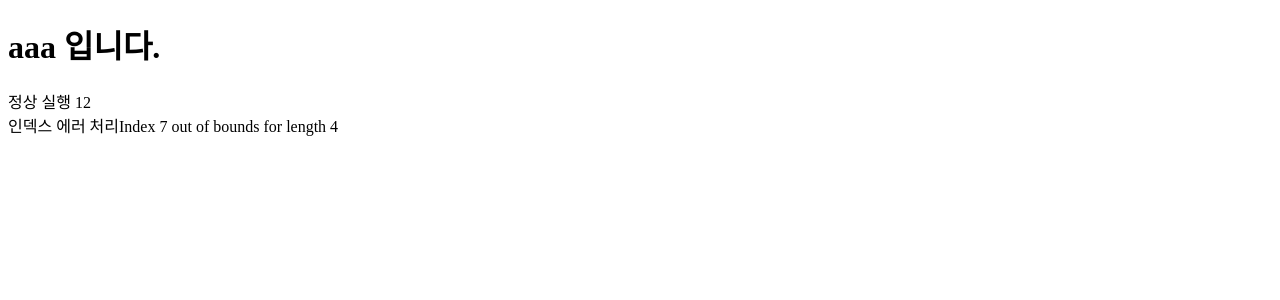
Repository: Jhoon0211/java_work
Page: http://localhost/jspProj/err/aaa.jsp
An editor plug-in stored every save of this project. The page is shown before and after the next save, followed by the edit.
The browser window is 1280 px wide. The pictures show the whole page.
The page is served by Tomcat 9. Nobody is signed in. The application's start-up code is not run.

Above is the page before, as saved 2023-07-26 01:14:27.

After the next save:
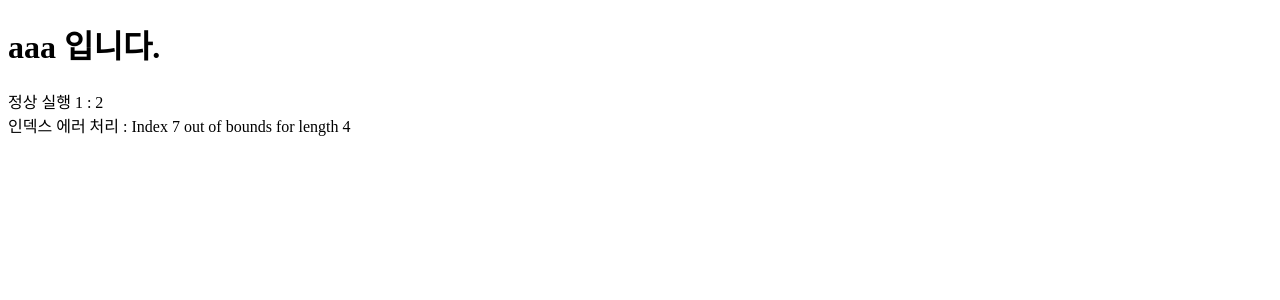
Saved 17 s later.
--- a/jspProj/src/main/webapp/err/aaa.jsp
+++ b/jspProj/src/main/webapp/err/aaa.jsp
@@ -12,16 +12,16 @@
 try{
 	int a = 10/5;
 
-	out.println("정상 실행 1" + a + "<br/>");
+	out.println("정상 실행 1 : " + a + "<br/>");
 
 	int [] arr = {11,22,33,44};
 
-	out.println("정상 실행 2" + arr[7] + "<br/>");
+	out.println("정상 실행 2 : " + arr[7] + "<br/>");
 
 }catch(ArithmeticException e){
-	out.println("수학적 에러 처리" + e.getMessage());
+	out.println("수학적 에러 처리 : " + e.getMessage());
 }catch(ArrayIndexOutOfBoundsException e){
-	out.println("인덱스 에러 처리" + e.getMessage());
+	out.println("인덱스 에러 처리 : " + e.getMessage());
 }
 %>
 </body>
